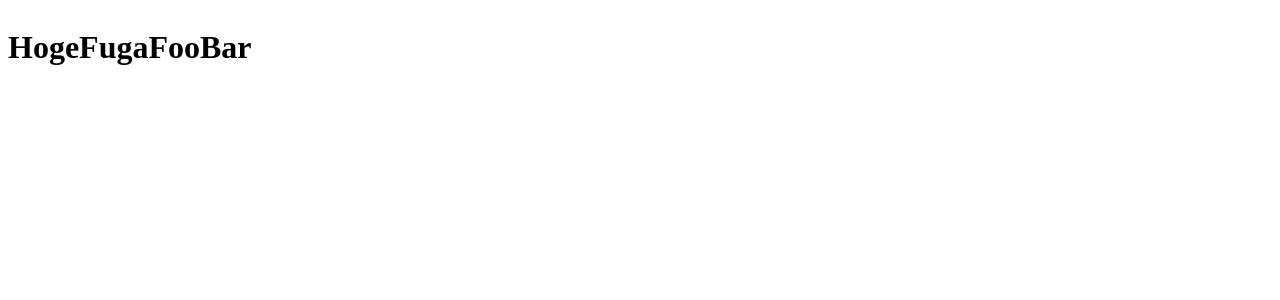
Repository: KAZMA5/samurai_HTML-CSS
Page: 6章まで/index5.html
The author's editor kept a record of every edit. The page is drawn from the files as they stood at one moment, then again after the next edit.
The browser window is 1280 px wide. The pictures show the whole page.

Above is the page before.

After the next edit:
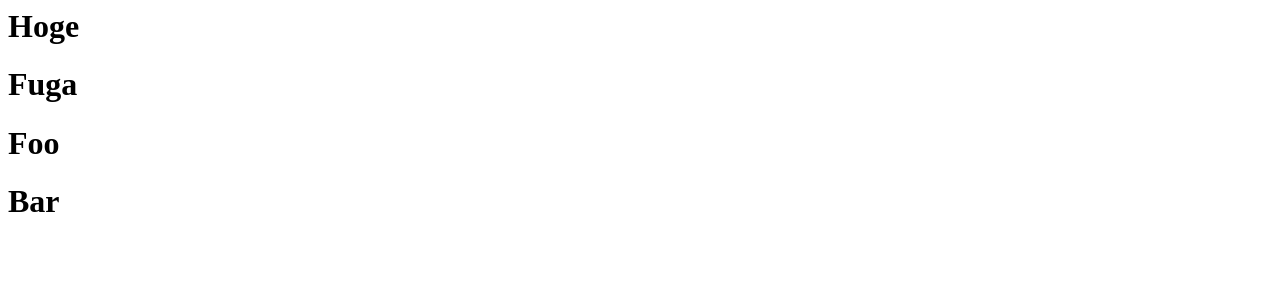
The edit:
--- a/6章まで/index5.html
+++ b/6章まで/index5.html
@@ -1,7 +1,7 @@
 <html lang="ja">
     <head>
         <style>
-            #flex-start {
+            #flex-end {
                 display: flex;
                 align-items: flex-end;
             }

After the edit that followed:
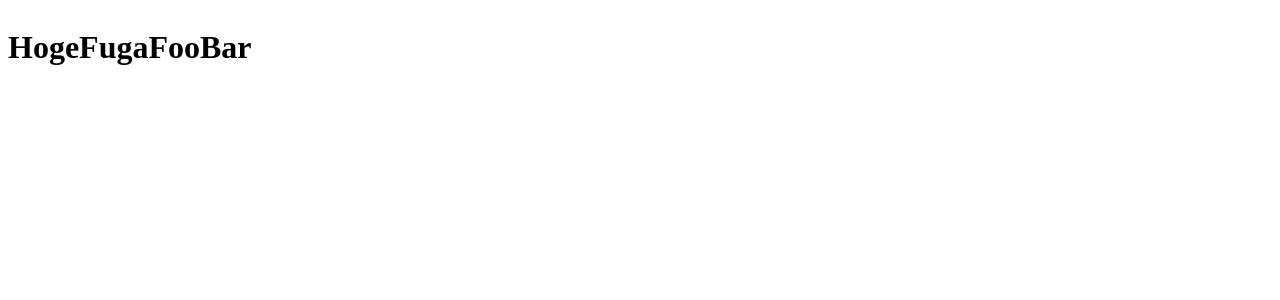
The edit:
--- a/6章まで/index5.html
+++ b/6章まで/index5.html
@@ -8,7 +8,7 @@
         </style>
     </head>
     <body>
-        <div id="flex-start">
+        <div id="flex-end">
             <h1>Hoge</h1>
             <h1>Fuga</h1>
             <h1>Foo</h1>
